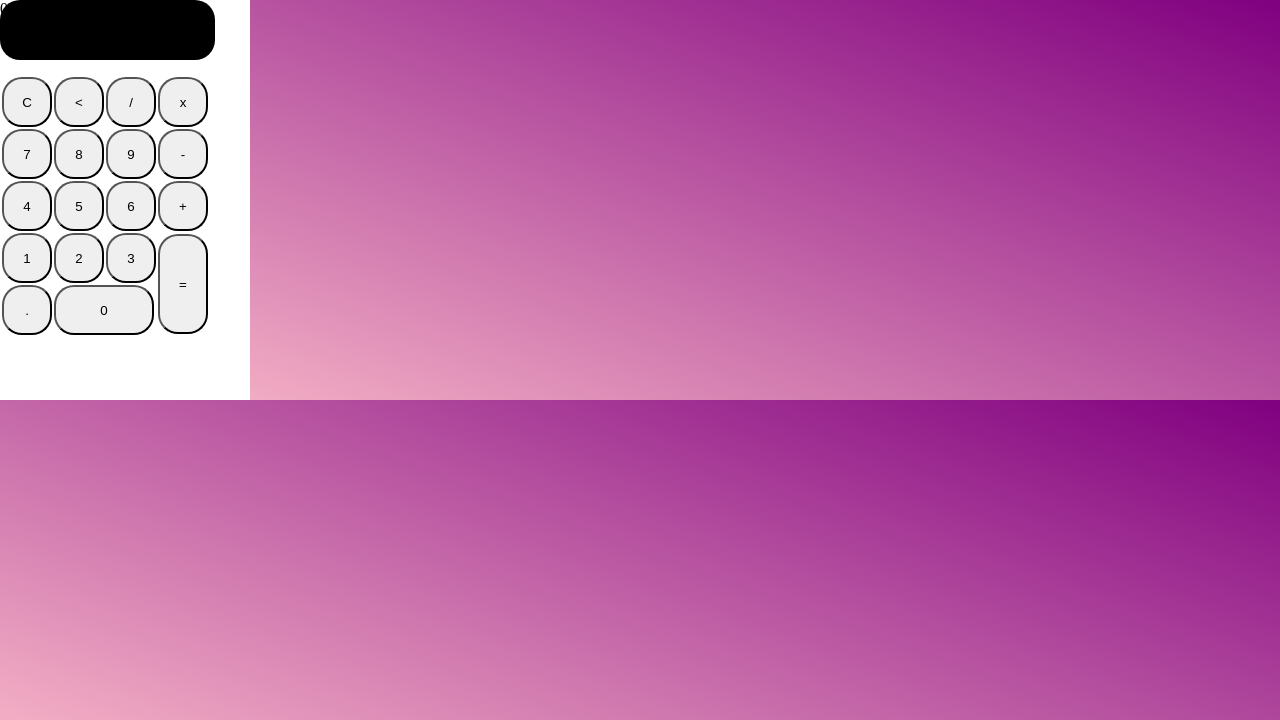
Repository: mariele-huff/calculadora
Page: index.html
These files come from the project's save history. The page is drawn as it stood at one moment and after the next save; the edit follows.
The browser window is 1280 px wide. The pictures show the whole page.

Above is the page before, as saved 2022-08-12 18:51:44.

### index.html
<!DOCTYPE html>
<html lang="pt-br">

<head>
    <meta charset="UTF-8">
    <meta http-equiv="X-UA-Compatible" content="IE=edge">
    <meta name="viewport" content="width=device-width, initial-scale=1.0">
    <link rel="stylesheet" href="style.css">
    <script src="index.js">

    </script>
    <title>Calculadora</title>
</head>

<body>
    <div class="calculadora">
        <div id="resultado">0</div>
        <table>
            <tr>
                <td><button class="botao" onclick="limpar()">C</button></td>
                <td><button class="botao" onclick="voltar()">
                        < </button>
                </td>
                <td><button class="botao" onclick="acrescenta('/')">/</button></td>
                <td><button class="botao" onclick="acrescenta('x')">x</button></td>
            </tr>
            <tr>
                <td><button class="botao" onclick="acrescenta('7')">7</button></td>
                <td><button class="botao" onclick="acrescenta('8')">8</button></td>
                <td><button class="botao" onclick="acrescenta('9')">9</button></td>
                <td><button class="botao" onclick="acrescenta('-')">-</button></td>
            </tr>
            <tr>
                <td><button class="botao" onclick="acrescenta('4')">4</button></td>
                <td><button class="botao" onclick="acrescenta('5')">5</button></td>
                <td><button class="botao" onclick="acrescenta('6')">6</button></td>
                <td><button class="botao" button onclick="acrescenta('+')">+</button>
                </td>
            </tr>
            <tr>
                <td><button class="botao" onclick="acrescenta('1')">1</button></td>
                <td><button class="botao" onclick="acrescenta('2')">2</button></td>
                <td><button class="botao" onclick="acrescenta('3')">3</button></td>
                <td rowspan="2"><button class="botao2" onclick="calcular()">=</button></td>
            </tr>
            <tr>

                <td> <button class="botao" onclick="acrescenta('.')">.</button></td>
                <td colspan="2"><button class="botao1" onclick="acrescenta('3')">0</button></td>
            </tr>
        </table>
    </div>

</body>

</html>

### style.css
*{
    margin: 0;
    padding: 0;
}

body{
    background-image: linear-gradient(20deg , pink, purple);

}

.calculadora{

    background-color: white ;
    width: 250px;
    height: 400px;
}



.botao{

    height: 50px;
    width: 50px;
    border-radius: 20px;

}
.botao1{

    height:50px;
    width: 100px;
    border-radius: 20px;

}
.botao2{

    height:100px;
    width: 50px;
    border-radius: 20px;

}
#resultado {
    margin-bottom: 15px;
     background-color: black;
     height: 60px;
    width: 215px;
    border: 5px black;
    border-radius: 20px;
}

### index.js
 let resultado = () => {
    let resultado = resultado.document.querySelector('#resultado').innerHTML
    return resultado
}

 let acrescenta = (num)=> {

let numero =   document.querySelector('#resultado').innerHTML

document.querySelector('#resultado').innerHTML=numero + num
 }

 let limpar = () =>{
    let resultado =   document.querySelector('#resultado')
    resultado.innerHTML= " "
}

 let voltar = () =>{
     resultado =  document.querySelector('#resultado').innerHTML
     document.querySelector('resultado').innerHTML = resultado.substring(0, resultado.length -1)



}
 let calcular = () => {
   let resultado = document.querySelector('#resultado').innerHTML
    if(resultado){
        document.querySelector('#resultado').innerHTML = eval(resultado)
    }

}

After the next save:
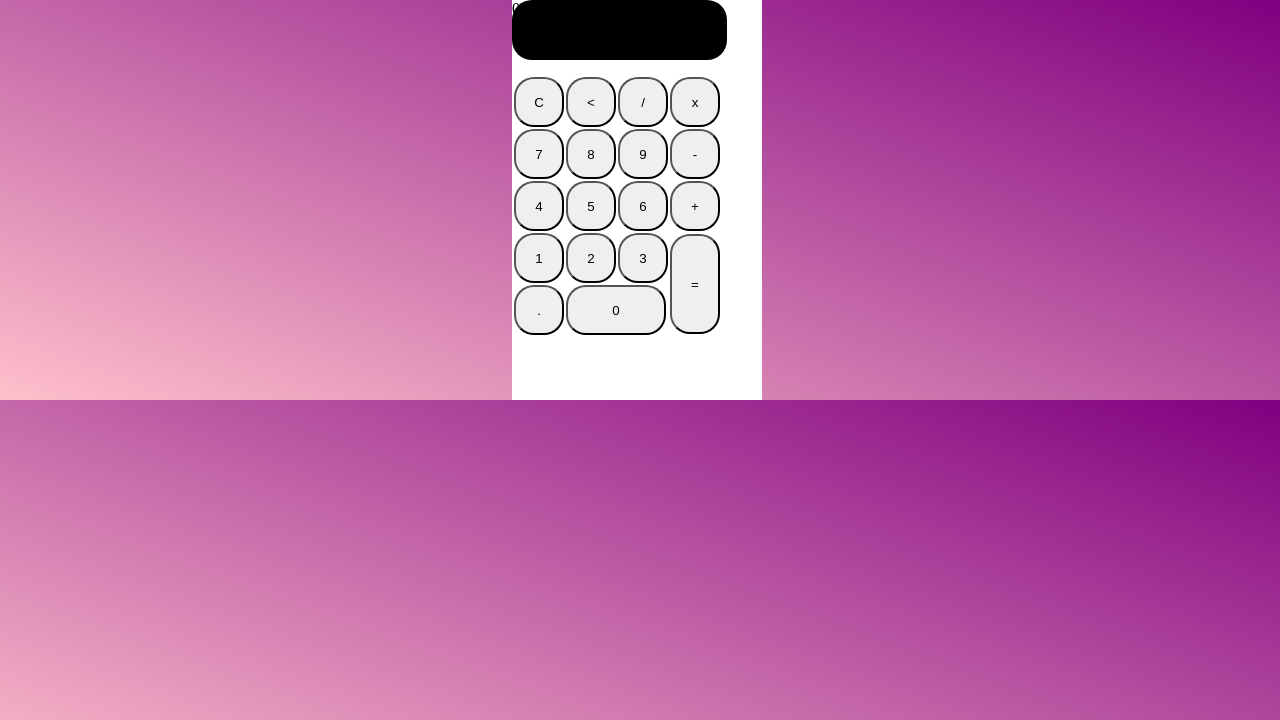
Saved 13 s later.
--- a/style.css
+++ b/style.css
@@ -13,6 +13,7 @@ body{
     background-color: white ;
     width: 250px;
     height: 400px;
+    margin-left: 40%;
 }
 
 
